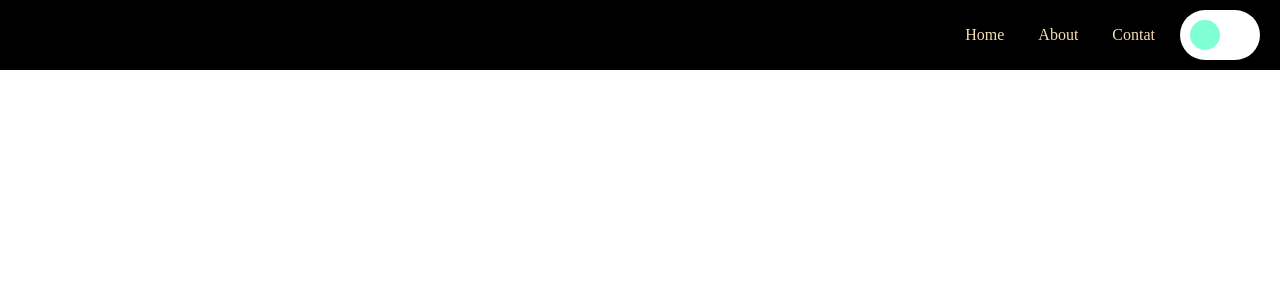
Repository: imokha01/toggleNavBar
Page: index.html
The author's editor kept a copy of each file at every save. The page is drawn from the files as they stood at one save, then again after the next save.
The browser window is 1280 px wide. The pictures show the whole page.

Above is the page before, as saved 2023-12-26 22:37:13.

After the next save:
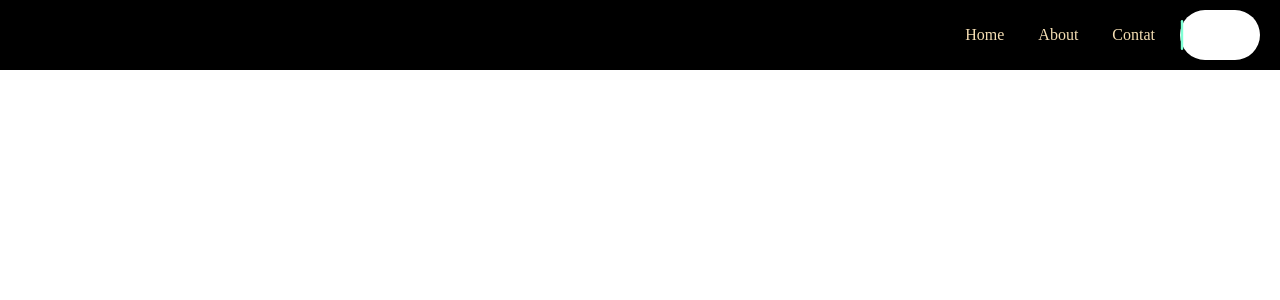
Saved 4 s later.
--- a/style.css
+++ b/style.css
@@ -45,7 +45,7 @@
 
 .checkbox::before {
     height: 50px;
-    width: 50px;
+    width: 5%;
     position: absolute;
     top: 0;
     left: 0;

After the 2 saves that followed:
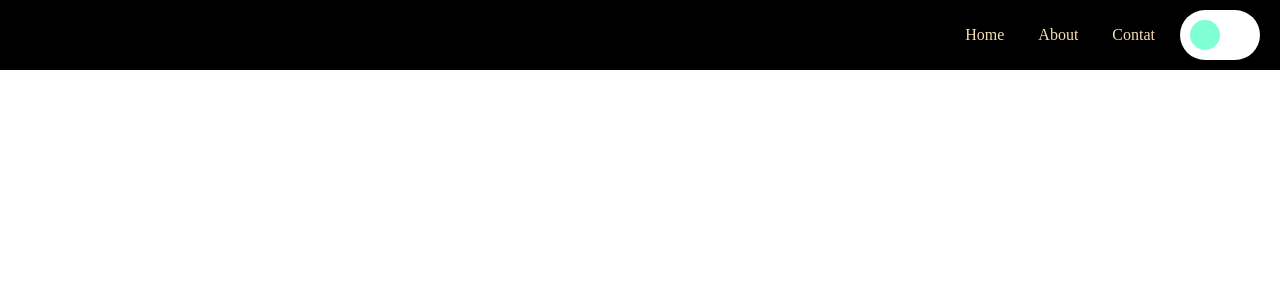
The 2 saves are shown as one change because they came seconds apart.
The last was saved 5 s later.
--- a/style.css
+++ b/style.css
@@ -45,7 +45,7 @@
 
 .checkbox::before {
     height: 50px;
-    width: 5%;
+    width: 50px;
     position: absolute;
     top: 0;
     left: 0;
